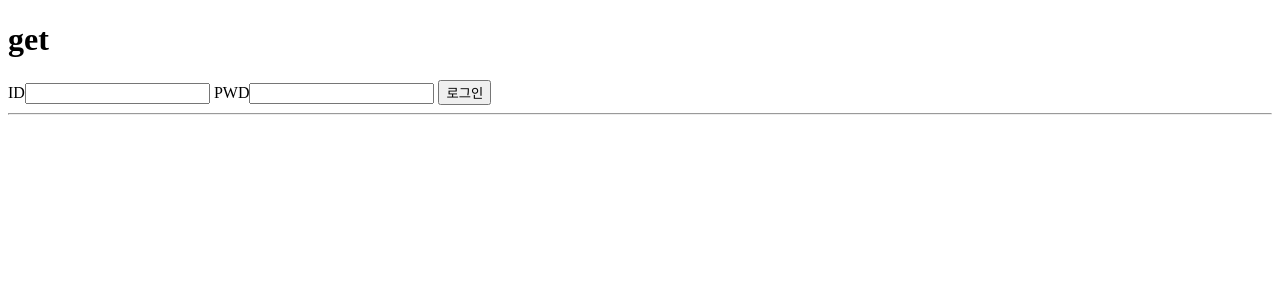
Repository: JJinBBangg/JSP
Page: http://localhost/jsp/ch03/lecture/06form/11get.jsp
The author's editor kept a copy of each file at every save. The page is drawn from the files as they stood at one save, then again after the next save.
The browser window is 1280 px wide. The pictures show the whole page.
The page is served by Tomcat 9. Other server files are loaded and not shown.

Above is the page before, as saved 2023-03-28 07:41:07.

### jsp/src/main/webapp/ch03/lecture/06form/11get.jsp
<%@ page language="java" contentType="text/html; charset=UTF-8"
    pageEncoding="UTF-8"%>
<!DOCTYPE html>
<html>
<head>
<meta charset="UTF-8">
<title>Insert title here</title>
</head>
<body>
	<h1>get</h1>
	<form action="">
		 ID<input type="text"name="userid" />
		 PWD<input type="text" name="userpwd" />
		 <input type="submit" value="로그인" />
	</form>
	<hr />

	<%
	String id = request.getParameter("userid");
	String pwd = request.getParameter("userpwd");

	%>
</body>
</html>

After the next save:
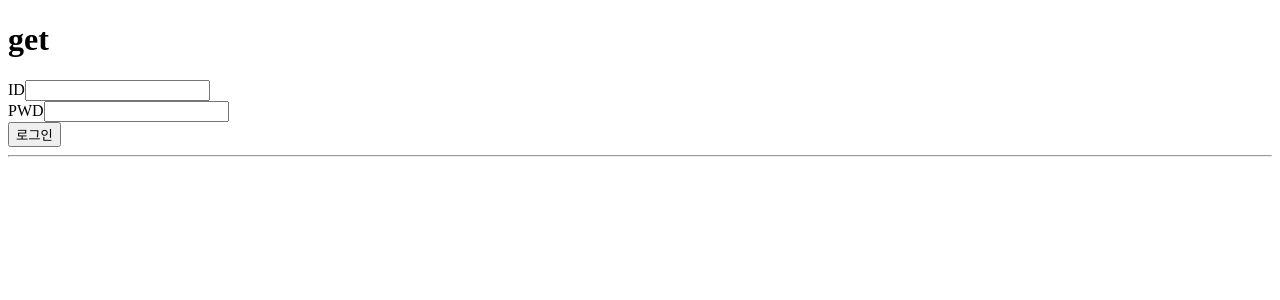
Saved 31 s later.
--- a/jsp/src/main/webapp/ch03/lecture/06form/11get.jsp
+++ b/jsp/src/main/webapp/ch03/lecture/06form/11get.jsp
@@ -8,10 +8,10 @@
 </head>
 <body>
 	<h1>get</h1>
-	<form action="">
-		 ID<input type="text"name="userid" />
-		 PWD<input type="text" name="userpwd" />
-		 <input type="submit" value="로그인" />
+	<form action="" method="post">
+		 ID<input type="text"name="userid" /><br />
+		 PWD<input type="text" name="userpwd" /><br />
+		 <input type="submit" value="로그인" /><br />
 	</form>
 	<hr />
 
